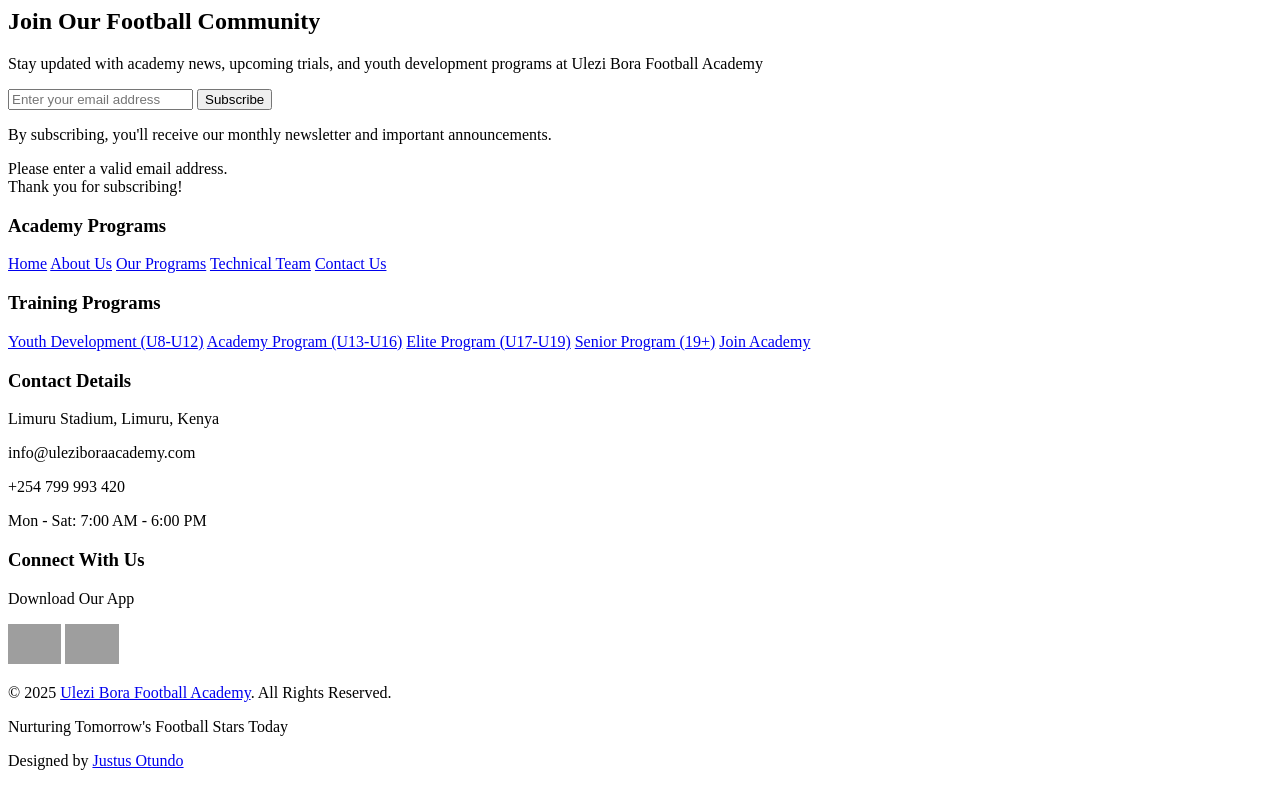
Repository: Justus-Otundo/uleziborafc
Page: footer.html
The author's editor kept a copy of each file at every save. The page is drawn from the files as they stood at one save, then again after the next save.
The browser window is 1280 px wide. The pictures show the whole page.
Pictures or frames that could not be fetched are drawn as grey boxes.

Above is the page before, as saved 2025-07-15 13:00:54.

### footer.html
<!-- Footer Start -->
<div class="container-fluid newsletter-section py-5">
    <div class="container py-3">
        <div class="row justify-content-center">
            <div class="col-lg-8 col-md-10 col-12 text-center">
                <h2 class="display-5 text-white fw-bold mb-3">Join Our Football Community</h2>
                <p class="text-white-50 mb-4 px-md-4">Stay updated with academy news, upcoming trials, and youth development programs at Ulezi Bora Football Academy</p>
                <form class="newsletter-form mx-auto" action="#" method="POST" id="newsletterForm" onsubmit="return validateNewsletter(event)">
                    <div class="input-group newsletter-input-group">
                        <input
                            type="email"
                            class="form-control border-0 py-3 px-4"
                            placeholder="Enter your email address"
                            required
                            pattern="[a-z0-9._%+-]+@[a-z0-9.-]+\.[a-z]{2,}$"
                            id="newsletterEmail"
                        >
                        <button class="btn btn-light px-4 py-3" type="submit" id="newsletterSubmit">
                            <i class="fas fa-paper-plane me-2"></i>Subscribe
                        </button>
                    </div>
                    <div class="newsletter-message mt-3">
                        <p class="text-white-50 small mb-0">By subscribing, you'll receive our monthly newsletter and important announcements.</p>
                        <div id="newsletterError" class="text-warning small mt-2 d-none">Please enter a valid email address.</div>
                        <div id="newsletterSuccess" class="text-light small mt-2 d-none">Thank you for subscribing!</div>
                    </div>
                </form>
            </div>
        </div>
    </div>
</div>

<script>
function validateNewsletter(event) {
    event.preventDefault();
    const email = document.getElementById('newsletterEmail').value;
    const errorDiv = document.getElementById('newsletterError');
    const successDiv = document.getElementById('newsletterSuccess');
    const emailPattern = /^[a-zA-Z0-9._-]+@[a-zA-Z0-9.-]+\.[a-zA-Z]{2,4}$/;

    errorDiv.classList.add('d-none');
    successDiv.classList.add('d-none');

    if (!emailPattern.test(email)) {
        errorDiv.classList.remove('d-none');
        return false;
    }

    // Here you would typically send the data to your server
    // For now, we'll just show a success message
    successDiv.classList.remove('d-none');
    document.getElementById('newsletterEmail').value = '';
    return false;
}
</script>
<div class="container-fluid bg-dark text-secondary p-5">
    <div class="row g-5">
        <div class="col-lg-3 col-md-6">
            <h3 class="text-white mb-4">Academy Programs</h3>
            <div class="d-flex flex-column justify-content-start">
                <a class="text-secondary mb-2" href="index.html"><i class="fas fa-angle-right text-primary me-2"></i>Home</a>
                <a class="text-secondary mb-2" href="about.html"><i class="fas fa-angle-right text-primary me-2"></i>About Us</a>
                <a class="text-secondary mb-2" href="service.html"><i class="fas fa-angle-right text-primary me-2"></i>Our Programs</a>
                <a class="text-secondary mb-2" href="coachingstaff.html"><i class="fas fa-angle-right text-primary me-2"></i>Technical Team</a>
                <a class="text-secondary" href="contact.html"><i class="fas fa-angle-right text-primary me-2"></i>Contact Us</a>
            </div>
        </div>
        <div class="col-lg-3 col-md-6">
            <h3 class="text-white mb-4">Training Programs</h3>
            <div class="d-flex flex-column justify-content-start">
                <a class="text-secondary mb-2" href="service.html#youth"><i class="fas fa-futbol text-primary me-2"></i>Youth Development (U8-U12)</a>
                <a class="text-secondary mb-2" href="service.html#academy"><i class="fas fa-futbol text-primary me-2"></i>Academy Program (U13-U16)</a>
                <a class="text-secondary mb-2" href="service.html#elite"><i class="fas fa-futbol text-primary me-2"></i>Elite Program (U17-U19)</a>
                <a class="text-secondary mb-2" href="service.html#senior"><i class="fas fa-futbol text-primary me-2"></i>Senior Program (19+)</a>
                <a class="text-secondary" href="registration.html"><i class="fas fa-user-plus text-primary me-2"></i>Join Academy</a>
            </div>
        </div>
        <div class="col-lg-3 col-md-6">
            <h3 class="text-white mb-4">Contact Details</h3>
            <p class="mb-2"><i class="fas fa-map-marker-alt text-primary me-2"></i>Limuru Stadium, Limuru, Kenya</p>
            <p class="mb-2"><i class="fas fa-envelope text-primary me-2"></i>info@uleziboraacademy.com</p>
            <p class="mb-2"><i class="fas fa-phone text-primary me-2"></i>+254 799 993 420</p>
            <p class="mb-0"><i class="fas fa-clock text-primary me-2"></i>Mon - Sat: 7:00 AM - 6:00 PM</p>
        </div>
        <div class="col-lg-3 col-md-6">
            <h3 class="text-white mb-4">Connect With Us</h3>
            <div class="d-flex">
                <a class="btn btn-light btn-square rounded-circle me-2" href="#" title="Follow us on Twitter">
                    <i class="fab fa-twitter"></i>
                </a>
                <a class="btn btn-light btn-square rounded-circle me-2" href="#" title="Like us on Facebook">
                    <i class="fab fa-facebook-f"></i>
                </a>
                <a class="btn btn-light btn-square rounded-circle me-2" href="#" title="Follow us on Instagram">
                    <i class="fab fa-instagram"></i>
                </a>
                <a class="btn btn-light btn-square rounded-circle" href="#" title="Watch us on YouTube">
                    <i class="fab fa-youtube"></i>
                </a>
            </div>
            <div class="mt-4">
                <p class="text-secondary mb-2">Download Our App</p>
                <div class="d-flex">
                    <a class="me-2" href="#"><img src="img/google-play.png" alt="Get it on Google Play" height="40"></a>
                    <a href="#"><img src="img/app-store.png" alt="Download on App Store" height="40"></a>
                </div>
            </div>
        </div>
    </div>
</div>
<div class="container-fluid bg-dark text-secondary text-center border-top py-4 px-5" style="border-color: rgba(256, 256, 256, .1) !important;">
    <div class="row">
        <div class="col-12">
            <p class="m-0">&copy; 2025 <a class="text-primary fw-bold" href="index.html">Ulezi Bora Football Academy</a>. All Rights Reserved.</p>
            <p class="text-secondary small mt-2">Nurturing Tomorrow's Football Stars Today</p>
            <p class="text-secondary small">Designed by <a class="text-secondary border-bottom" href="https://justus-otundo.github.io/justus-otundo/" target="_blank">Justus Otundo</a></p>
        </div>
    </div>
</div>
<!-- Footer End -->

After the next save:
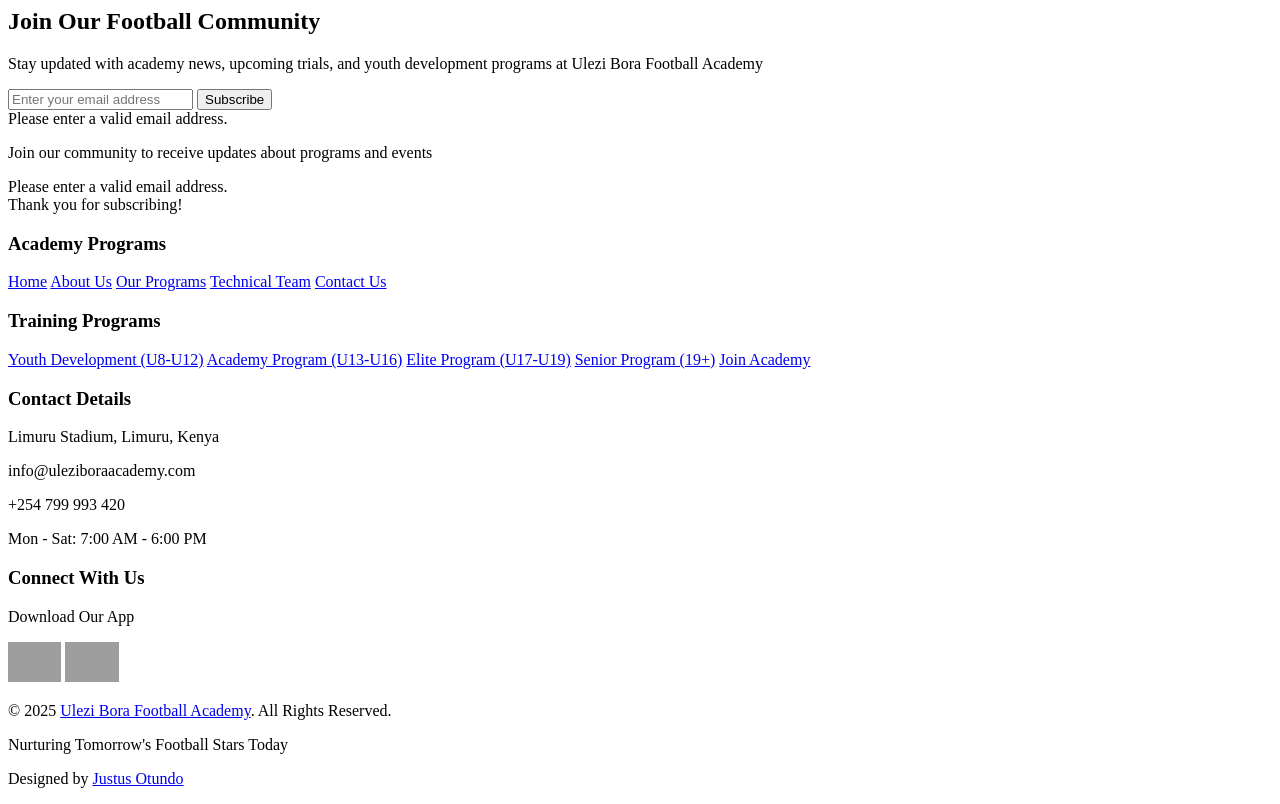
Saved 72 s later.
--- a/footer.html
+++ b/footer.html
@@ -6,23 +6,28 @@
                 <h2 class="display-5 text-white fw-bold mb-3">Join Our Football Community</h2>
                 <p class="text-white-50 mb-4 px-md-4">Stay updated with academy news, upcoming trials, and youth development programs at Ulezi Bora Football Academy</p>
                 <form class="newsletter-form mx-auto" action="#" method="POST" id="newsletterForm" onsubmit="return validateNewsletter(event)">
-                    <div class="input-group newsletter-input-group">
-                        <input
-                            type="email"
-                            class="form-control border-0 py-3 px-4"
-                            placeholder="Enter your email address"
-                            required
-                            pattern="[a-z0-9._%+-]+@[a-z0-9.-]+\.[a-z]{2,}$"
-                            id="newsletterEmail"
-                        >
-                        <button class="btn btn-light px-4 py-3" type="submit" id="newsletterSubmit">
-                            <i class="fas fa-paper-plane me-2"></i>Subscribe
-                        </button>
+                    <div class="newsletter-input-container">
+                        <div class="input-group">
+                            <input
+                                type="email"
+                                class="form-control"
+                                placeholder="Enter your email address"
+                                required
+                                id="newsletterEmail"
+                                autocomplete="email"
+                            >
+                            <button class="btn btn-light" type="submit" id="newsletterSubmit">
+                                <i class="fas fa-paper-plane me-2"></i>Subscribe
+                            </button>
+                        </div>
+                        <div class="form-validation">
+                            <div class="invalid-feedback">Please enter a valid email address.</div>
+                        </div>
                     </div>
                     <div class="newsletter-message mt-3">
-                        <p class="text-white-50 small mb-0">By subscribing, you'll receive our monthly newsletter and important announcements.</p>
+                        <p class="text-white-50 small mb-0">Join our community to receive updates about programs and events</p>
                         <div id="newsletterError" class="text-warning small mt-2 d-none">Please enter a valid email address.</div>
-                        <div id="newsletterSuccess" class="text-light small mt-2 d-none">Thank you for subscribing!</div>
+                        <div id="newsletterSuccess" class="text-success small mt-2 d-none">Thank you for subscribing!</div>
                     </div>
                 </form>
             </div>
